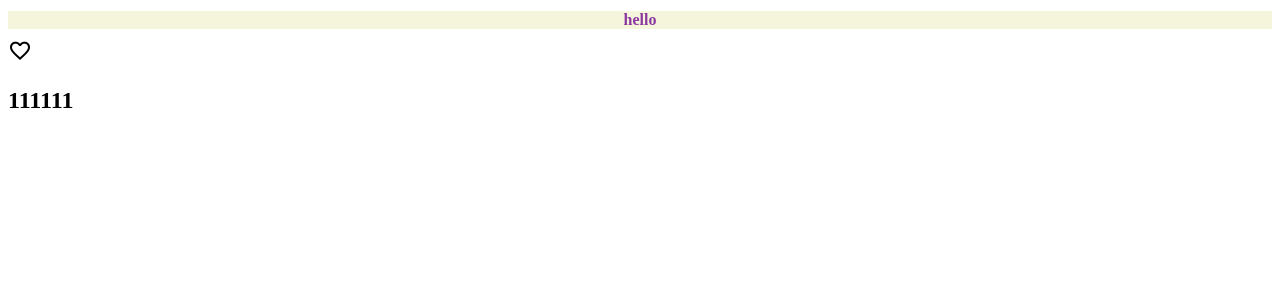
Repository: Jutta197/frontend726
Page: css_ex/color/index.html
An editor plug-in stored every save of this project. The page is shown before and after the next save, followed by the edit.
The browser window is 1280 px wide. The pictures show the whole page.
Some web fonts or font styles are not loaded; a fallback is used.

Above is the page before, as saved 2023-07-28 13:24:38.

After the next save:
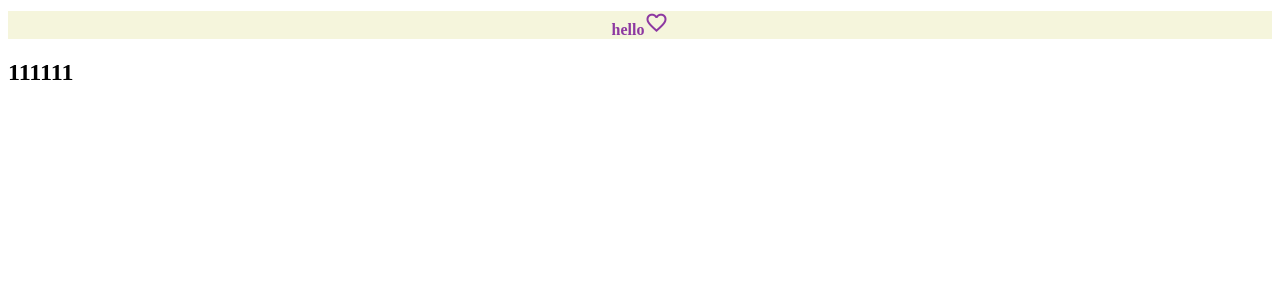
Saved 18 s later.
--- a/css_ex/color/index.html
+++ b/css_ex/color/index.html
@@ -14,10 +14,10 @@
 </head>
 
 <body>
-    <h1>hello</h1>
-    <span class="material-symbols-outlined">
-        favorite
-    </span>
+    <h1>hello<span class="material-symbols-outlined">
+            favorite
+        </span></h1>
+
     <h2>111111</h2>
 
 
